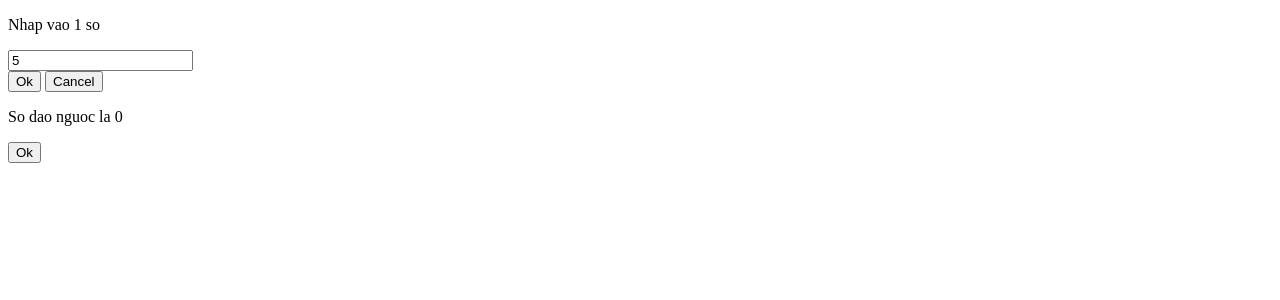
Repository: lhggiang/Sodaonguoc
Page: index.html
The author's editor kept a copy of each file at every save. The page is drawn from the files as they stood at one save, then again after the next save.
The browser window is 1280 px wide. The pictures show the whole page.
Empty fields were first filled with sample values (such as "Sample", 5 or name@example.com).
After loading, the first visible `#yes` was clicked once.

Above is the page before, as saved 2023-05-18 22:01:07.

### index.html
<!DOCTYPE html>
<html lang="en">

<head>
    <meta charset="UTF-8">
    <meta http-equiv="X-UA-Compatible" content="IE=edge">
    <meta name="viewport" content="width=device-width, initial-scale=1.0">
    <link rel="stylesheet" href="./style.css">
    <title>Document</title>
</head>

<body>
    <div class="sodaonguoc">
        <p>Nhap vao 1 so</p>
        <input type="number" id="num">
        <div class="btn">
            <button id="yes">Ok</button>
            <button>Cancel</button>
        </div>
        <p>So dao nguoc la <span id="result"></span></p>
        <button>Ok</button>
    </div>

    <script src="./javascript.js"></script>
</body>

</html>

### javascript.js
//So dao nguoc
//C1:
let num = document.getElementById("num").value;
let res = 0;
while (num != 0) {
  res = res * 10 + (num % 10);
  num /= 10;
}
let yes = document.getElementById("yes");
yes.onclick = function () {
  let result = document.getElementById("result");
  result.innerText = res;
};

Loaded but not shown: style.css (no stored copy; drawn as an empty file)

After the next save:
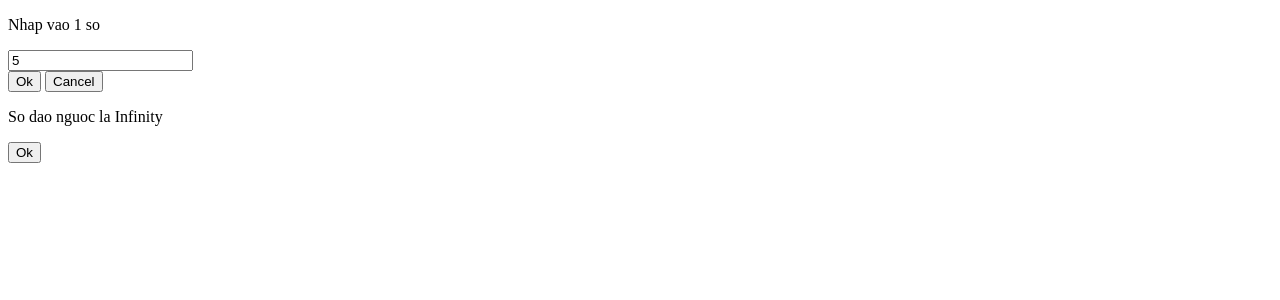
Saved 57 s later.
--- a/javascript.js
+++ b/javascript.js
@@ -1,13 +1,13 @@
 //So dao nguoc
 //C1:
-let num = document.getElementById("num").value;
-let res = 0;
-while (num != 0) {
-  res = res * 10 + (num % 10);
-  num /= 10;
-}
 let yes = document.getElementById("yes");
 yes.onclick = function () {
+  let num = document.getElementById("num").value;
+  let res = 0;
+  while (num != 0) {
+    res = res * 10 + (num % 10);
+    num /= 10;
+  }
   let result = document.getElementById("result");
   result.innerText = res;
 };
